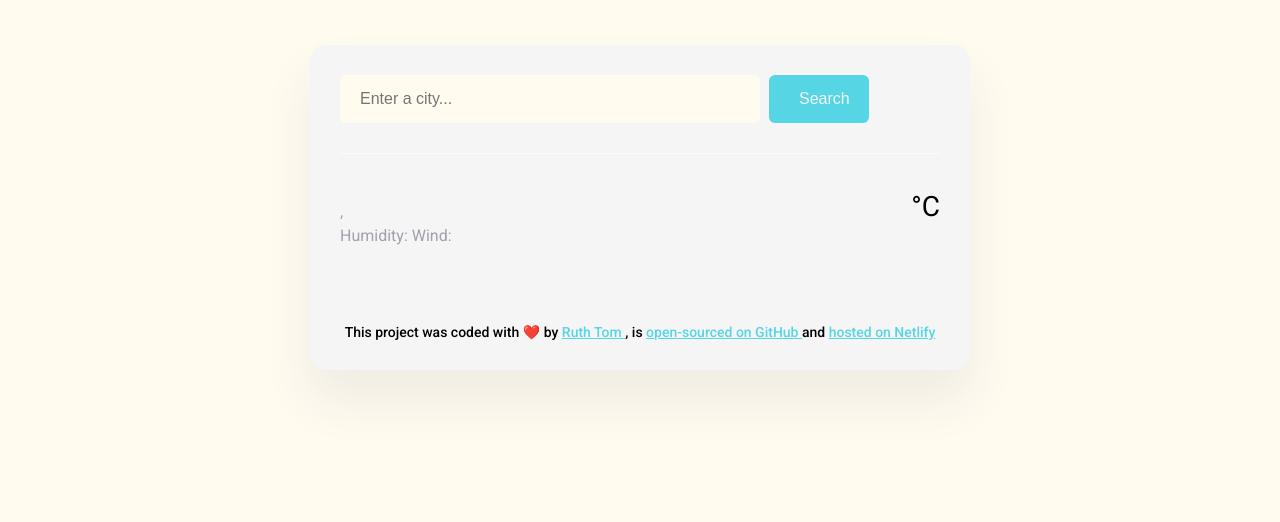
Repository: RuthTom711/Weatherly-App
Page: index.html
The author's editor kept a copy of each file at every save. The page is drawn from the files as they stood at one save, then again after a run of saves.
The browser window is 1280 px wide. The pictures show the whole page.
The page's requests for data from a server got no answer. Some web libraries are served in a nearby version.

Above is the page before, as saved 2025-11-13 20:34:49.
Console error: SyntaxError: Unexpected token '<'

### index.html
<!DOCTYPE html>
<html lang="en">
  <head>
    <meta charset="UTF-8" />
    <meta name="viewport" content="width=device-width, initial-scale=1.0" />
    <link rel="preconnect" href="https://fonts.googleapis.com" />
    <link rel="preconnect" href="https://fonts.gstatic.com" crossorigin />
    <link
      href="https://fonts.googleapis.com/css2?family=Roboto+Mono:ital,wght@0,100..700;1,100..700&family=Roboto:ital,wght@0,100..900;1,100..900&family=Work+Sans:ital,wght@0,100..900;1,100..900&display=swap"
      rel="stylesheet"
    />
    <link rel="stylesheet" href="src/styles.css" />
    <script src="https://unpkg.com/axios@1.1.2/dist/axios.min.js"></script>
    <title>Weatherly App</title>
  </head>

  <body>
    <div class="weather-app">
      <header>
        <form class="search-form" id="search-form">
          <input
            type="search"
            placeholder="Enter a city..."
            required
            id="search-form-input"
            class="search-form-input"
          />
          <input type="Submit" value="Search" class="search-form-button" />
        </form>
      </header>

      <main>
        <div class="weather-app-data">
          <div>
            <h1 class="weather-app-city" id="city"></h1>
            <p class="weather-app-details">
              <span id="time"></span>, <span id="description"></span>
              <br />
              Humidity: <strong id="humidity"></strong> Wind:
              <strong id="wind-speed"></strong>
            </p>
          </div>
          <div class="weather-app-temparature-container">
            <div id="icon"></div>
            <div class="weather-app-temperature" id="temperature"></div>
            <div class="weather-app-unit">°C</div>
          </div>
        </div>

        <div class="weather-forecast" id="forecast">

        </div>
      </main>

      <footer>
        This project was coded with ❤️ by
        <a href="https://github.com/RuthTom711" target="_blank"> Ruth Tom </a>,
        is
        <a href="https://github.com/RuthTom711/Weatherly-App" target="_blank">
          open-sourced on GitHub
        </a>
        and
        <a
          href="https://app.netlify.com/projects/ruth-weatherly-app/"
          target="_blank"
        >
          hosted on Netlify
        </a>
      </footer>
    </div>
    <script src="src/index.js"></script>
  </body>
</html>

### src/styles.css
body {
    background-color: #fffbef;
    font-family: "Roboto",sans-serif;
}

a{
    color: #56d5e4;
}

.weather-app {
    background: whitesmoke;
    max-width: 600px;
    margin: 45px auto;
    padding: 30px;
    box-shadow: 0 30px 50px rgba(65, 50, 100, 0.08);
    border-radius: 16px;
}
header{
    border-bottom: 1px solid #fffbef;
    padding: 0 0 30px 0;
}

.search-form-input {
    background-color: #fffbef;
    border: none;
    border-radius: 6px;
    width: 70%;
    font-size: 16px;
    padding: 15px 20px;
}

.search-form-button {
    background: #56d5e4;
    padding: 15px 30px;
    border: none;
    font-size: 16px;
    margin-left: 5px;
    border-radius: 6px;
    color: whitesmoke;
    width: 100px;
}

main {
    padding: 30px 0;
    }
.weather-app-city {
    margin: 0;
    font-size: 38px;
    line-height: 48px;
}
.weather-app-data {
    display: flex;
    justify-content: space-between;
}

.weather-app-details {
    font-size: 16px;
    line-height: 24px;
    color: rgba(39, 33, 66, 0.4);
    font-weight: 500px;
}

.weather-app-details strong{
    color: #cf5282
}

.weather-app-temparature-container {
    display: flex;

}

.weather-app-temperature{
    font-size: 88px;
    font-weight: bold;
    line-height: 88px;
}
.weather-app-icon{
    width: 88px;
    height: 88px;

}
.weather-app-unit{
    margin-top: 6px;
    font-size: 28px;
}

.weather-forecast {
    display: flex;
    justify-content: space-around;
    margin-top: 30;

}
.weather-forecast-date {
    text-align: center;
    color: rgba(39, 33, 66, 0.4);
    font-size: 16px;
    line-height: 20px;
    margin-bottom: 10px;

}
.weather-forecast-icon {
 font-size: 38px;
 text-align: center;
}

.weather-forecast-temperatures {
    text-align: center;
    color: #cf5282;
    display: flex;
    justify-content: center;
    margin-top: 10px;
}
.weather-forecast-temperature {
    padding: 0 10px;

}
footer {

    padding: 30px 0 0 0;
    text-align: center;
    font-weight: 500;
    font-size: 14px;
    color: rgba (0, 0, 0, 0.6);
}

### src/index.js
function refreshWeather(response){
    let temperatureElement = document.querySelector("#temperature");
    let temperature = response.data.temperature.current;
    let cityElement = document.querySelector("#city")
    let descriptionElement = document.querySelector("#description");
    let humidityElement = document.querySelector("#humidity");
    let windSpeedElement = document.querySelector("#wind-speed");
    let timeElement = document.querySelector("#time");
    let date = new Date(response.data.time * 1000);
    let iconElement= document.querySelector("#icon")



    cityElement.innerHTML = response.data.city;
    timeElement.innerHTML = formatDate(date);
    descriptionElement.innerHTML = response.data.condition.description;
    humidityElement.innerHTML = `${response.data.temperature.humidity}%`;
    windSpeedElement.innerHTML = `${response.data.wind.speed}km/h`;
    temperatureElement.innerHTML = Math.round(temperature);
    iconElement.innerHTML = `<img src="${response.data.condition.icon_url}" class="weather-app-icon" />`;
}

function formatDate(date) {

    let minutes = date.getMinutes();
    let hours = date.getHours();
    let days = [
        "sunday",
        "Monday",
        "Tuesday",
        "Wednesday",
        "Thursday",
        "Friday",
        "Saturday",

    ];
    let day = days [date.getDay()];

    if (minutes < 10) {
        minutes = `0${minutes}`;
    }

    return `${day} ${hours}: ${minutes}`;
}

function searchCity(city) {
    let apiKey = "2bf02005obb4ft73c247eba0b4e8f73d";
    let apiUrl = `https://api.shecodes.io/weather/v1/current?query=${city}&key=${apiKey}&units=metric`;
    axios.get(apiUrl).then(refreshWeather);
}

function handleSearchSubmit(event) {
    event.preventDefault();
    let searchInput = document.querySelector("#search-form-input");

    searchCity(searchInput.value);

}

let searchFormElement = document.querySelector("#search-form");
searchFormElement.addEventListener("submit", handleSearchSubmit);

searchCity("Cape Town");

let forecast = document.querySelector("#forecast");
forecast.innerHTML =  (
     <div class="weather-forecast-day">
            <div class="weather-forecast-date">Tue</div>
            <div class="weather-forecast-icon">🌤️</div>
            <div class="weather-forecast-temperatures">
              <div class="weather-forecast-temperature"><strong>15°</strong></div>
              <div class="weather-forecast-temperature"><strong>9°</strong></div>
            </div>
          </div>



);

After the next 3 saves:
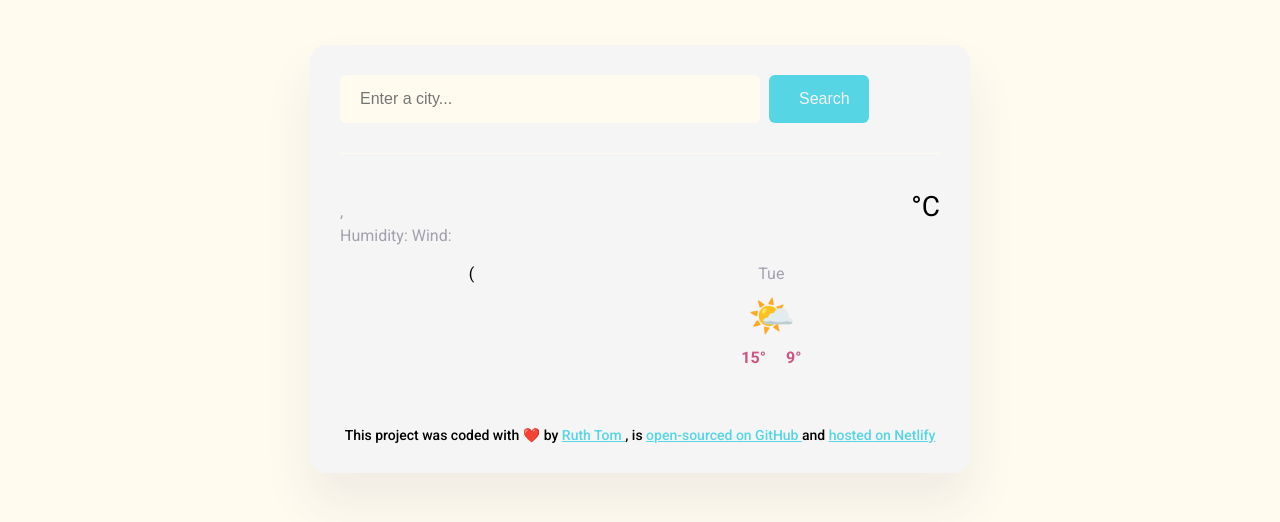
Console error (its wording comes from the project's code and is left out).
The 3 saves are shown as one change because they came seconds apart.
The last was saved 62 s later.
--- a/src/index.js
+++ b/src/index.js
@@ -63,7 +63,7 @@ searchFormElement.addEventListener("submit", handleSearchSubmit);
 searchCity("Cape Town");
 
 let forecast = document.querySelector("#forecast");
-forecast.innerHTML =  (
+forecast.innerHTML =  `(
      <div class="weather-forecast-day">
             <div class="weather-forecast-date">Tue</div>
             <div class="weather-forecast-icon">🌤️</div>
@@ -75,4 +75,4 @@ forecast.innerHTML =  (
 
 
 
-);
+`;
